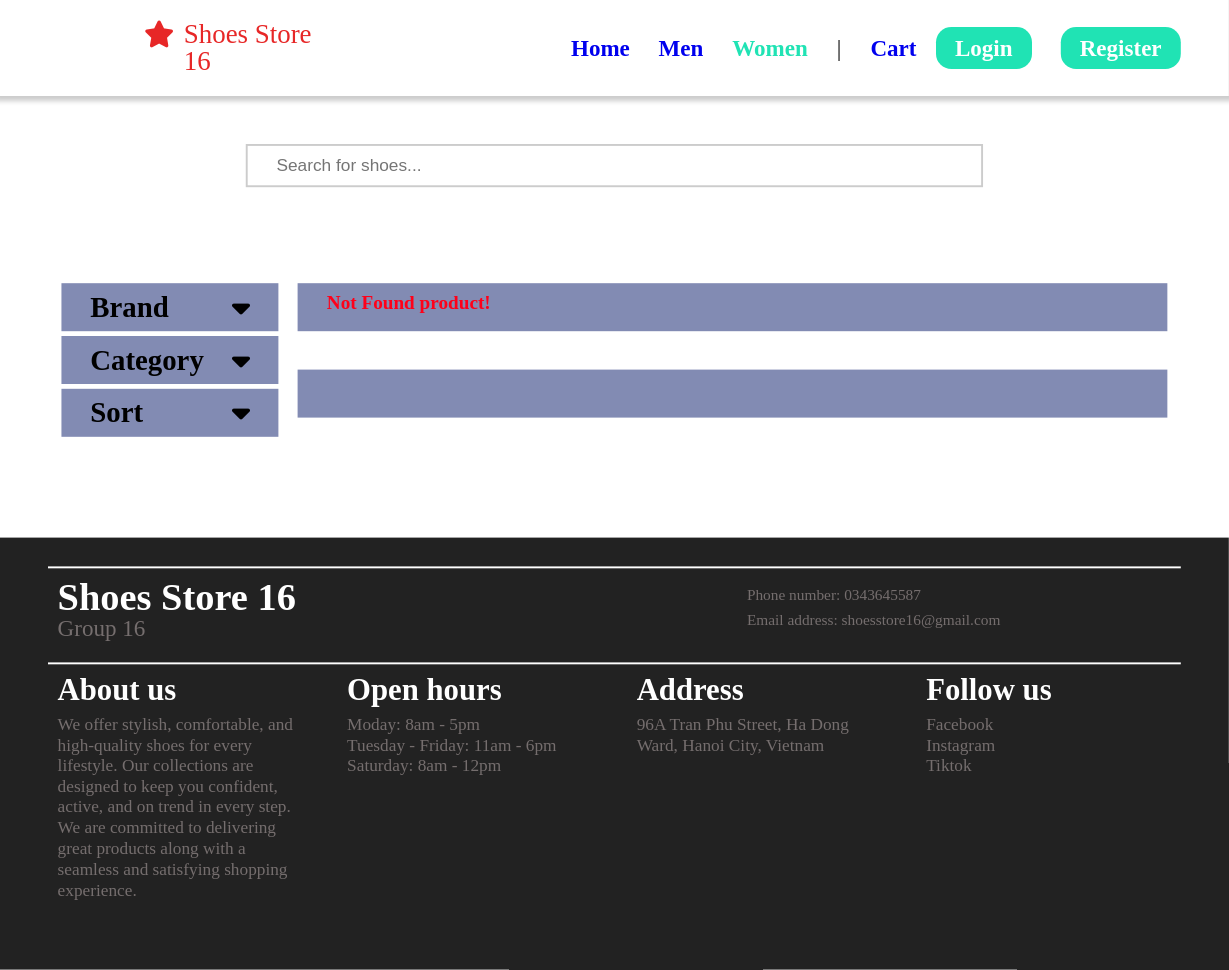
Repository: Trung0810/btl_cnpm_fe
Page: /women
The author's editor kept a copy of each file at every save. The page is drawn from the files as they stood at one save, then again after the next save.
The browser window is 1280 px wide. The pictures show the whole page, at 96% of full size.
The page's requests for data from a server got no answer. The project was rebuilt for these pictures with package versions that can differ from the ones it lists, and the page was loaded fresh each time. No one was signed in, and anything a server would have sent is missing. Also part of the build but not shown: src/components/shoes_list/ShoesCard.css, src/components/shoes_list/ShoesCard.js, src/components/overlay/Overlay.css, src/components/overlay/Overlay.js, src/components/popup/AddToCartFormPopup.css, src/components/popup/AddToCartFormPopup.js, src/components/shoes_list/ShoesList.css, src/components/shoes_list/ShoesList.js and 43 more.

Above is the page before, as saved 2026-04-21 08:25:27.

After the next save:
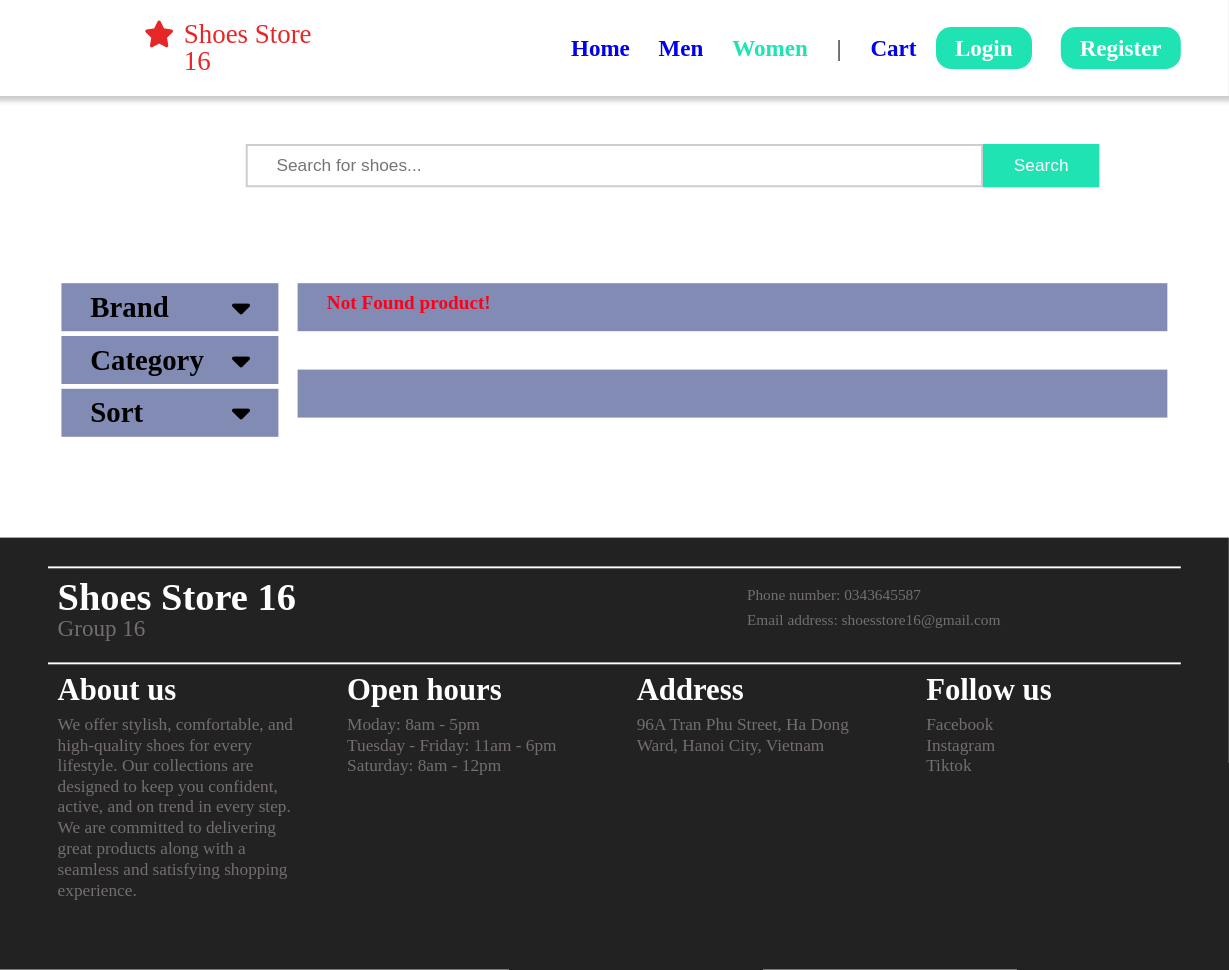
Saved 8 s later.
--- a/src/components/search/Search.js
+++ b/src/components/search/Search.js
@@ -19,7 +19,7 @@
           500,
         )}
       />
-      {/* <button className="search-button">Search</button> */}
+      <button className="search-button">Search</button>
     </div>
   );
 };

After the save that followed:
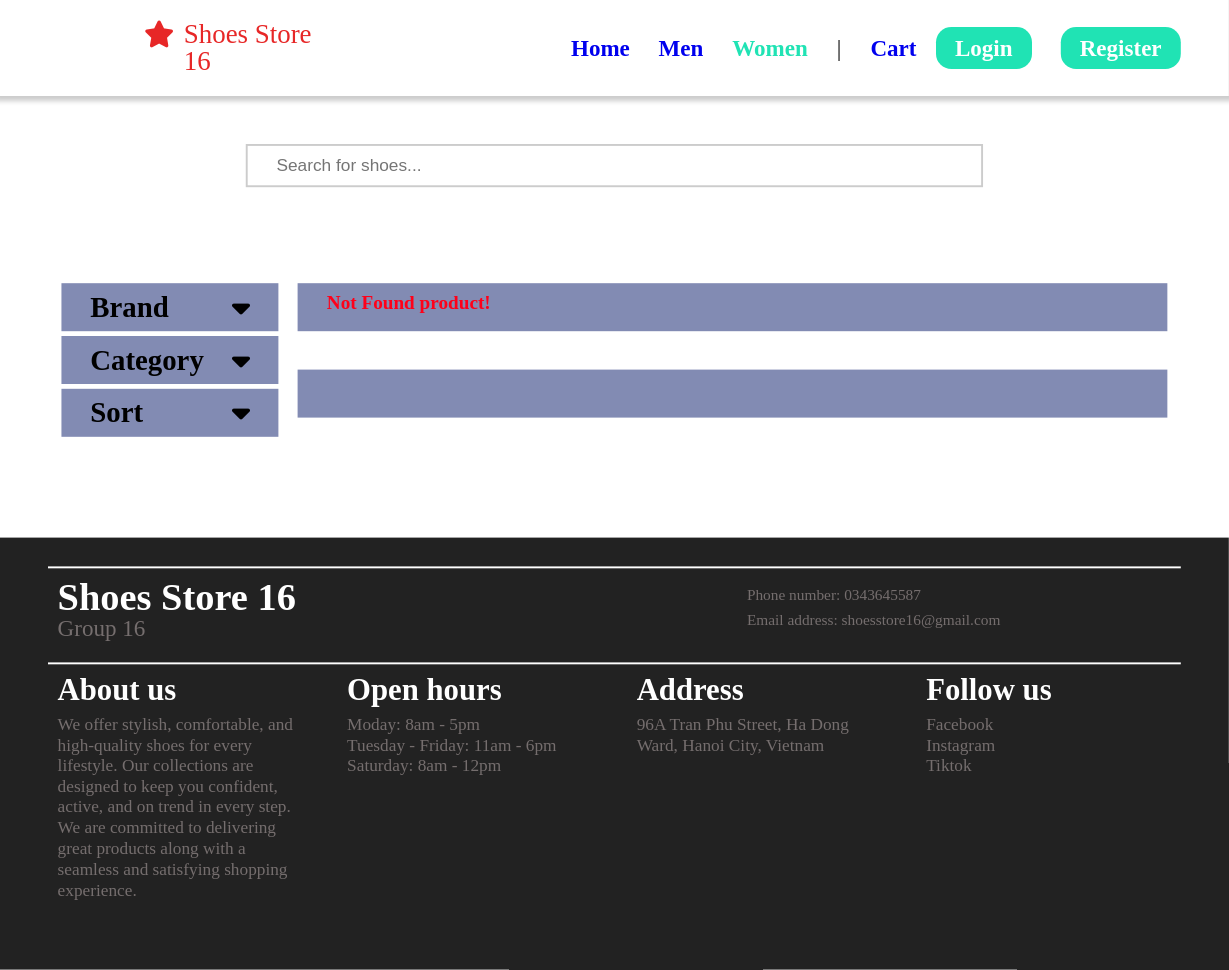
Saved 7 s later.
--- a/src/components/search/Search.js
+++ b/src/components/search/Search.js
@@ -19,7 +19,7 @@
           500,
         )}
       />
-      <button className="search-button">Search</button>
+      {/* <button className="search-button">Search</button> */}
     </div>
   );
 };
